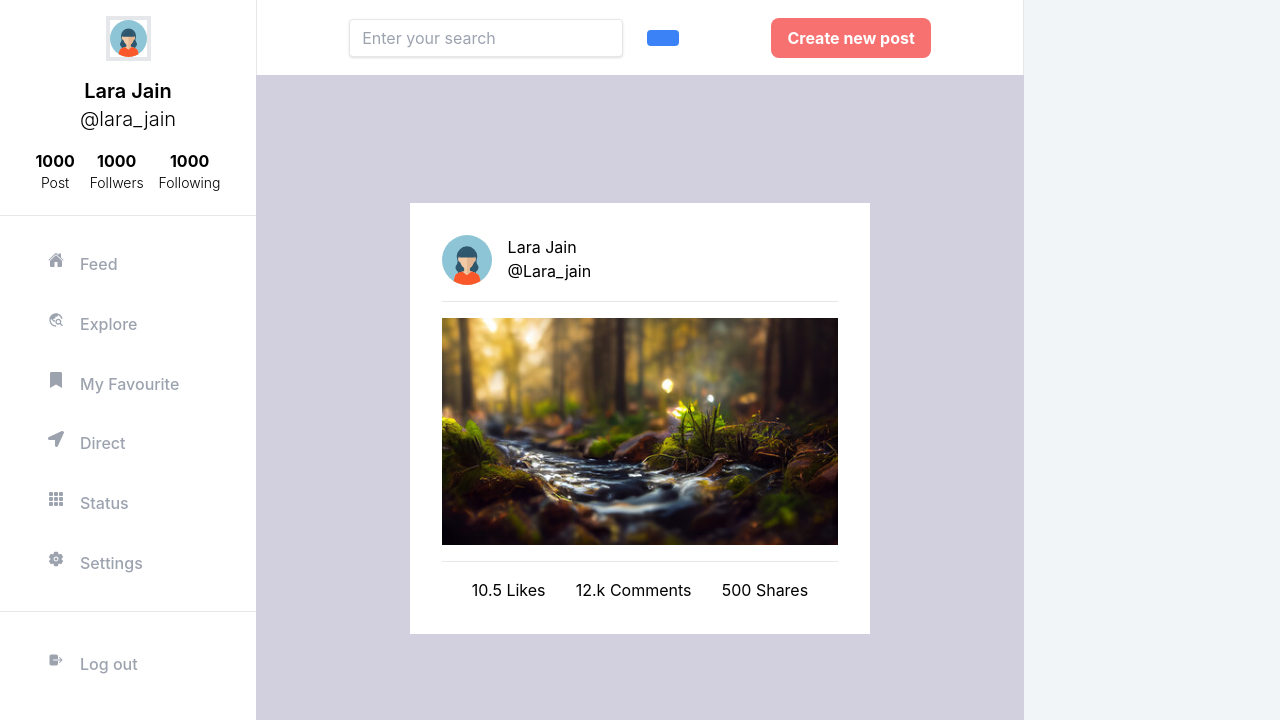
Repository: cosmicswati/upgrad-captions-project
Page: /
An editor plug-in stored every save of this project. The page is shown before and after the next save, followed by the edit.
The browser window is 1280 px wide. The pictures show the whole page.
An inner scrolling area shows only its first screen. The project was rebuilt for these pictures with package versions that can differ from the ones it lists, and the page was loaded fresh each time. Also part of the build but not shown: src/modules/Home/data.js, src/modules/Authorization/Form.jsx, src/modules/Authorization/index.js.

Above is the page before, as saved 2024-04-12 11:03:18.

After the next save:
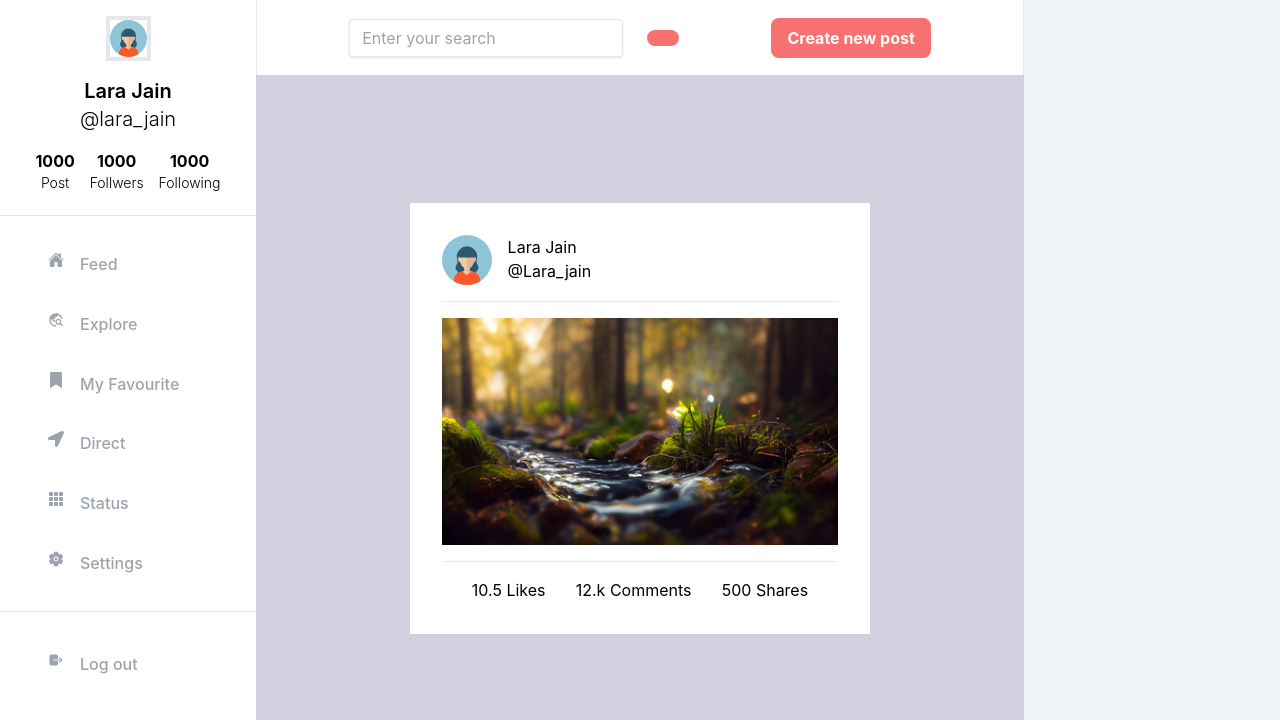
Saved 24 s later.
--- a/src/modules/Home/index.js
+++ b/src/modules/Home/index.js
@@ -52,7 +52,7 @@ const Home = () => {
             <div className='bg-white h-[75px] border-l border-r flex justify-evenly items-center pt-4'>
                  <div className='flex justify-center items-center'>
                     <Input placeholder='Enter your search' className='w-[400px] rounded-full'/>
-                    <Button icon={<FaSearch />}  className='mb-4 ml-6 '/>
+                    <Button icon={<FaSearch />}  className='mb-4 ml-6 rounded-lg bg-red-400 hover:bg-red-500 '/>
                  </div>
                  <Button icon={<IoHome />} label='Create new post'  className='rounded-lg bg-red-400 hover:bg-red-500 mb-4'/>
             </div>
